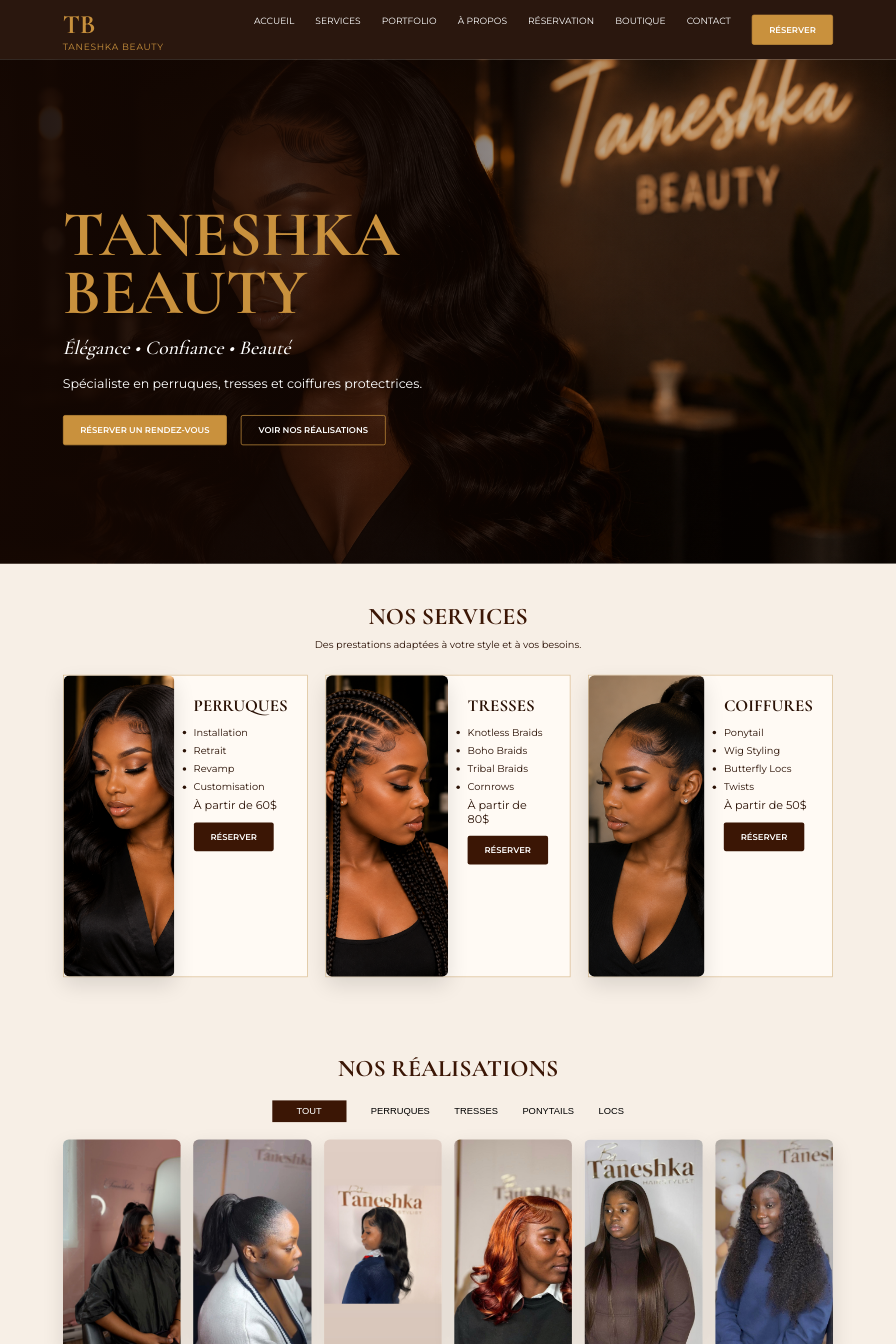
Repository: kngnepi/Taneshka-Beauty-House
Page: index.html
These files come from the project's save history. The page is drawn as it stood at one moment and after the next save; the edit follows.
The browser window is 1280 px wide. The pictures show the part of the page from y = 0 to 1920 px (the page is 4153 px tall), at 70% of full size.

Above is the page before, as saved 2026-07-05 21:24:37.

After the next save:
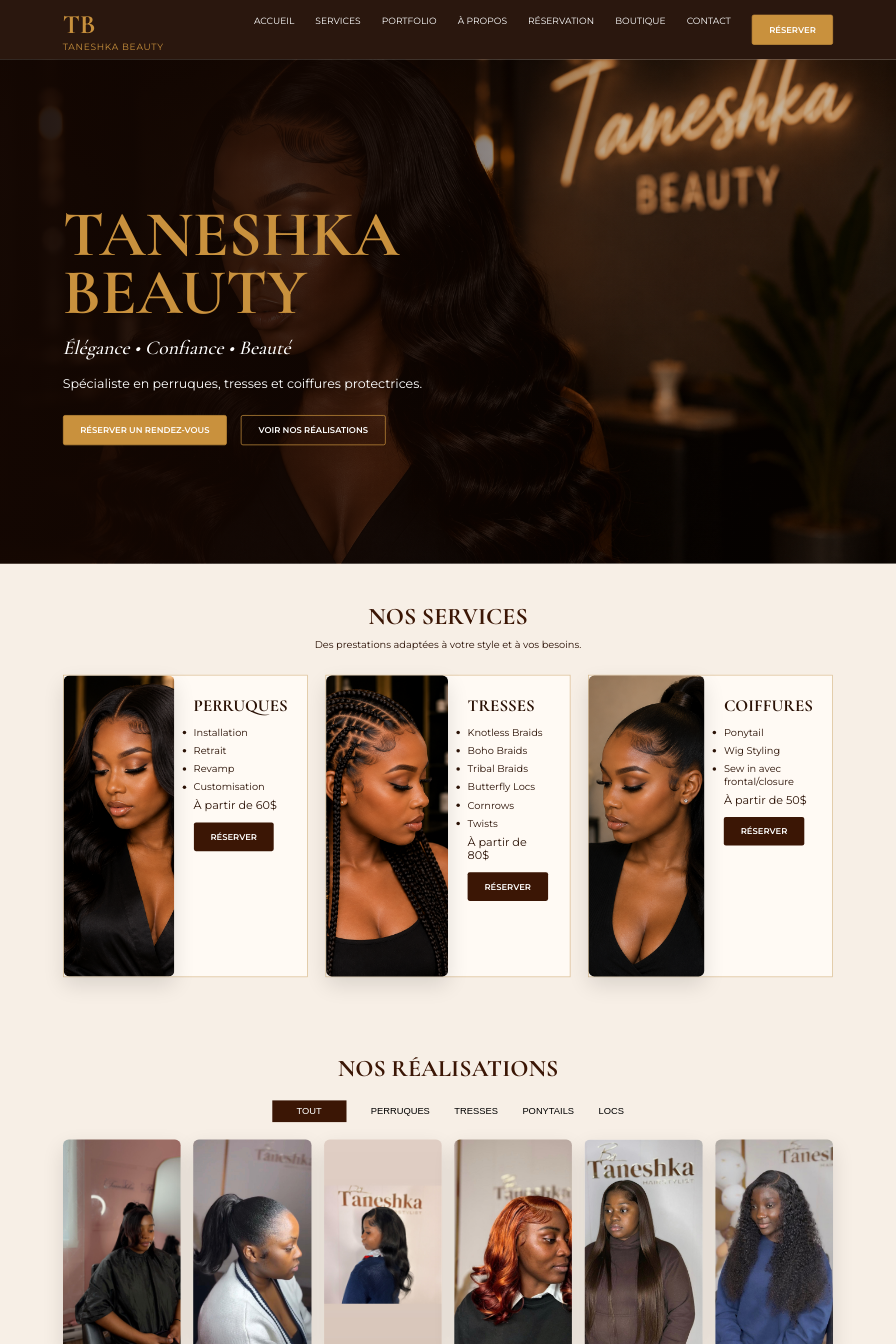
Saved 3 min 4 s later.
--- a/index.html
+++ b/index.html
@@ -73,7 +73,9 @@
             <li>Knotless Braids</li>
             <li>Boho Braids</li>
             <li>Tribal Braids</li>
+            <li>Butterfly Locs</li>
             <li>Cornrows</li>
+            <li>Twists</li>
           </ul>
           <p>À partir de 80$</p>
           <a href="#booking" class="btn-dark">Réserver</a>
@@ -87,8 +89,8 @@
           <ul>
             <li>Ponytail</li>
             <li>Wig Styling</li>
-            <li>Butterfly Locs</li>
-            <li>Twists</li>
+            <li>Sew in avec frontal/closure</li>
+
           </ul>
           <p>À partir de 50$</p>
           <a href="#booking" class="btn-dark">Réserver</a>
